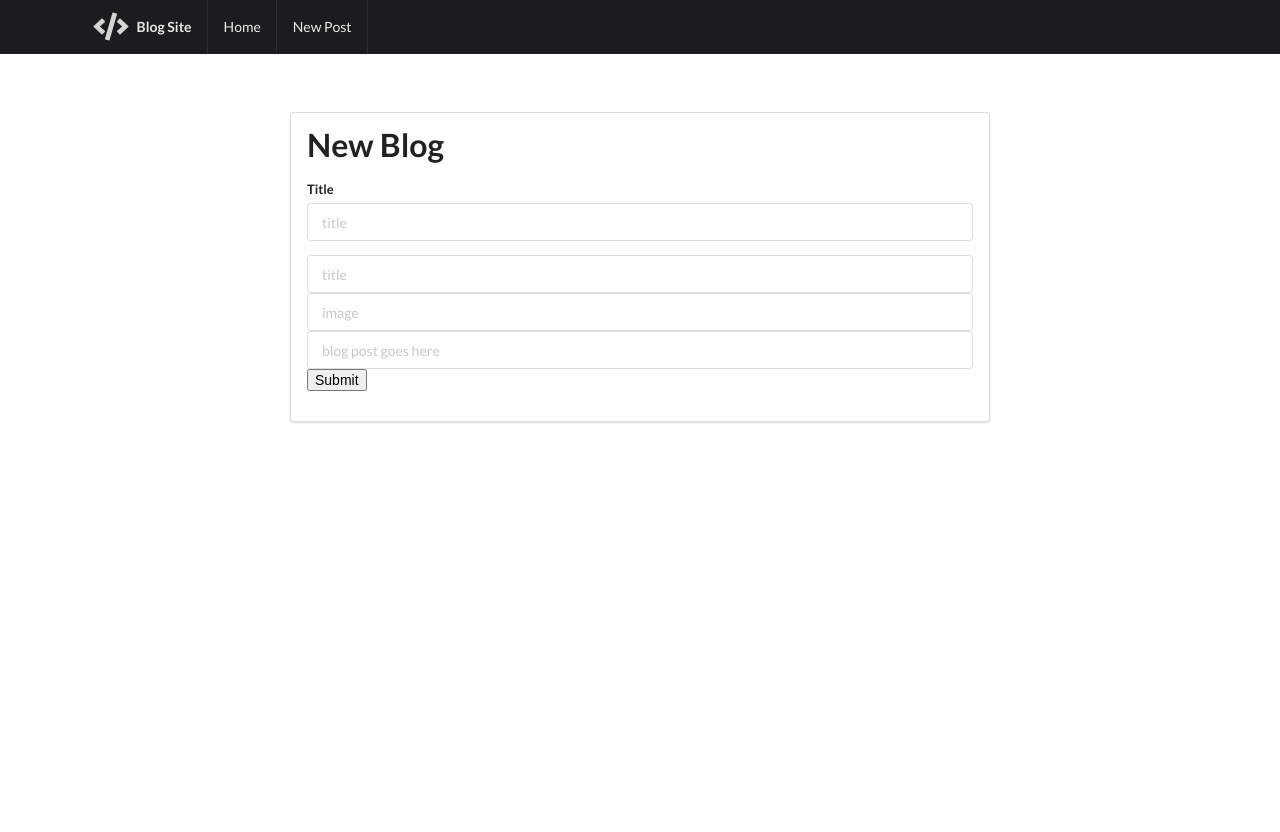
Repository: Frosslund/WebDevBootcampColtSteele
Page: http://localhost/blogs/new
The author's editor kept a record of every edit. The page is drawn from the files as they stood at one moment, then again after the next edit.
The browser window is 1280 px wide. The pictures show the whole page.
The page is served by the project's Node server (RESTfulRouting/RESTfulBlogApp/app.js).

Above is the page before.

After the next edit:
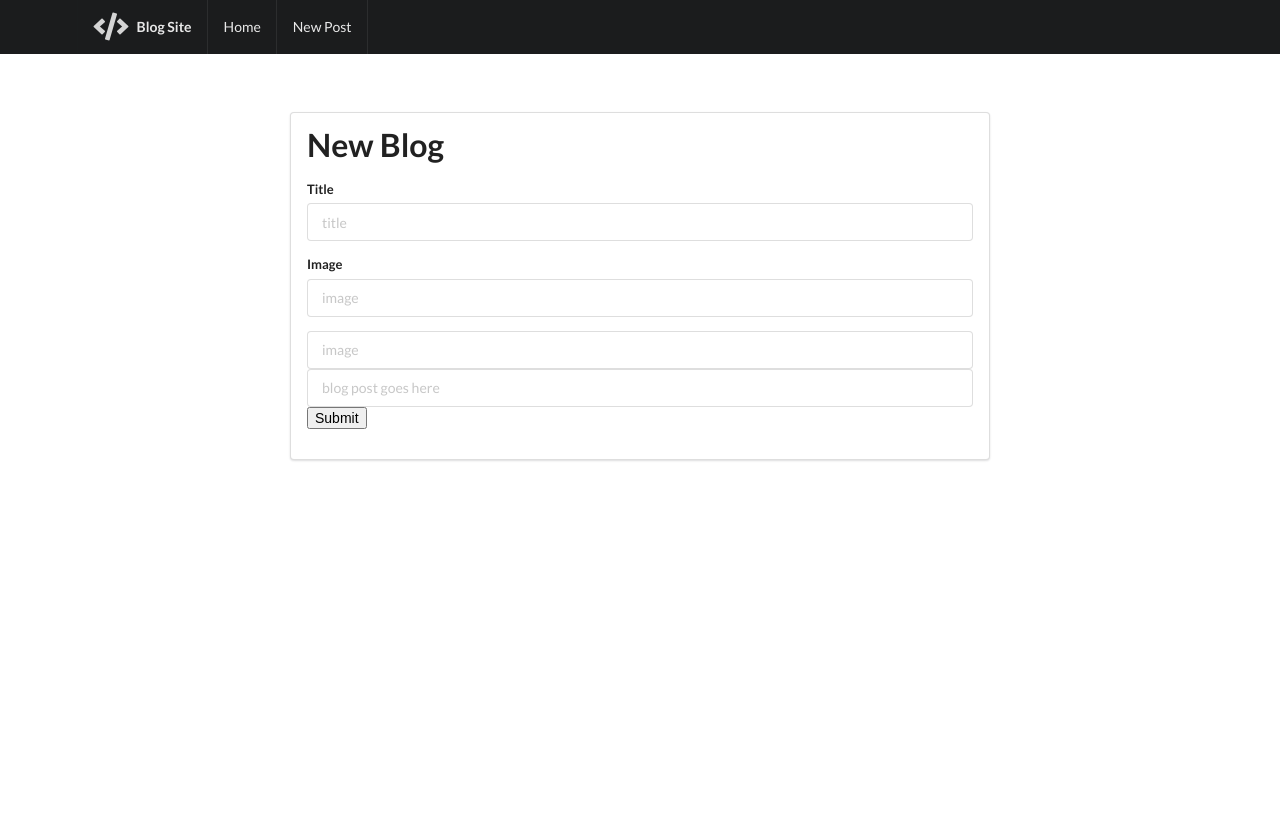
The edit:
--- a/RESTfulRouting/RESTfulBlogApp/views/new.ejs
+++ b/RESTfulRouting/RESTfulBlogApp/views/new.ejs
@@ -7,7 +7,10 @@
             <label>Title</label>
             <input type="text" name="blog[title]" placeholder="title">
         </div>
-        <input type="text" name="blog[title]" placeholder="title">
+        <div class="field">
+            <label>Image</label>
+            <input type="text" name="blog[image]" placeholder="image">
+        </div>
         <input type="text" name="blog[image]" placeholder="image">
         <input type="text" name="blog[body]" placeholder="blog post goes here">
         <input type="submit">
